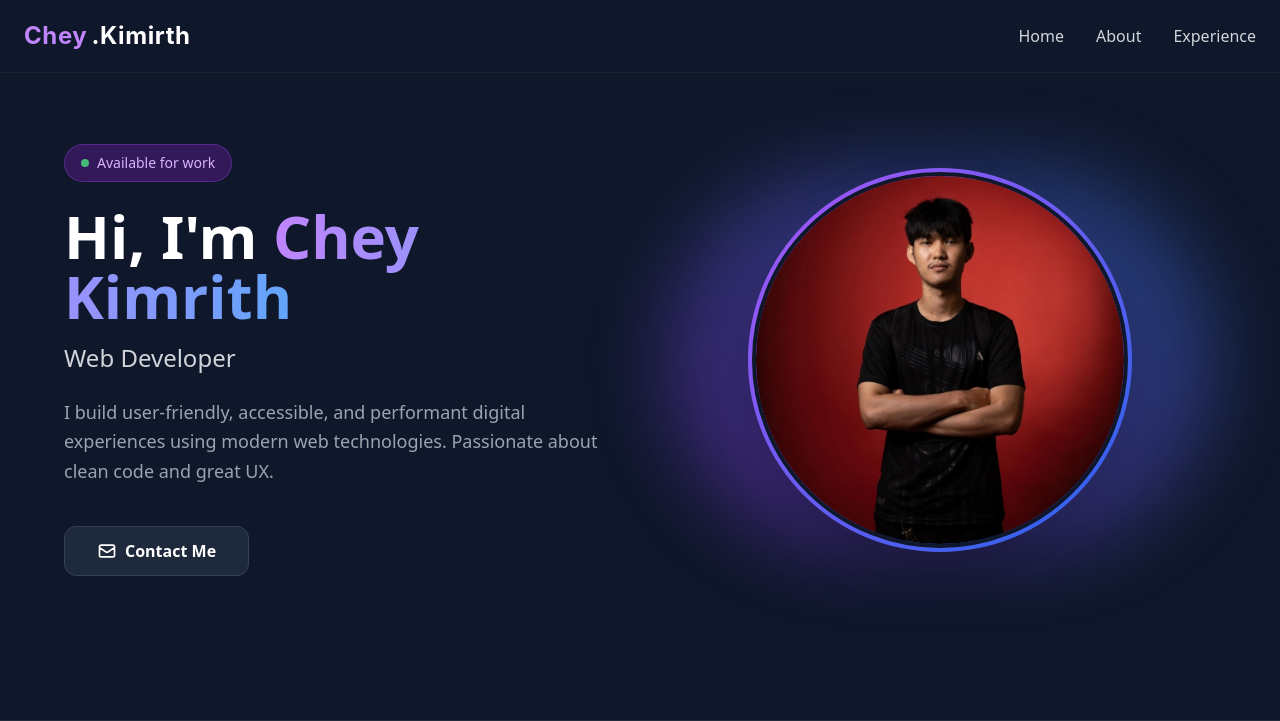
Repository: Kimrith/my-cv
Page: /
The author's editor kept a copy of each file at every save. The page is drawn from the files as they stood at one save, then again after the next save.
The browser window is 1280 px wide. The pictures show the part of the page from y = 0 to 721 px (the page is 4190 px tall).
Pictures or frames that could not be fetched are drawn as grey boxes. Some web libraries are served in a nearby version. The project was rebuilt for these pictures with package versions that can differ from the ones it lists, and the page was loaded fresh each time. Also part of the build but not shown: vite.config.js, src/Layout/footer.jsx.

Above is the page before, as saved 2026-03-10 01:43:55.

After the next save:
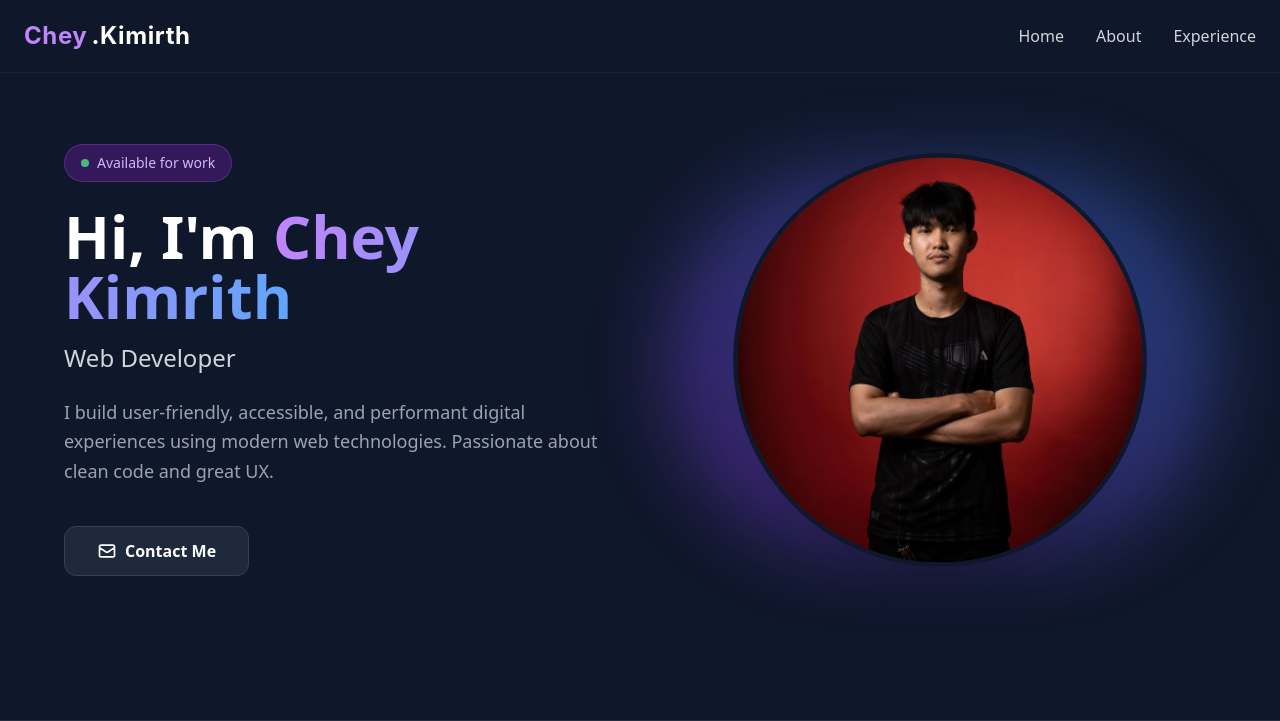
Saved 40 s later.
--- a/src/Navigation/home.jsx
+++ b/src/Navigation/home.jsx
@@ -69,7 +69,7 @@
             <img
               src={me}
               alt="Portrait of Chey Kimrith, Frontend Developer"
-              className="w-full h-full rounded-full object-cover border-4 border-slate-900 transition-transform duration-500 hover:scale-110"
+              className="w-full h-full rounded-full object-cover border-4 border-slate-900 transition-transform duration-500 scale-110"
               loading="lazy"
             />
           </div>

After the save that followed:
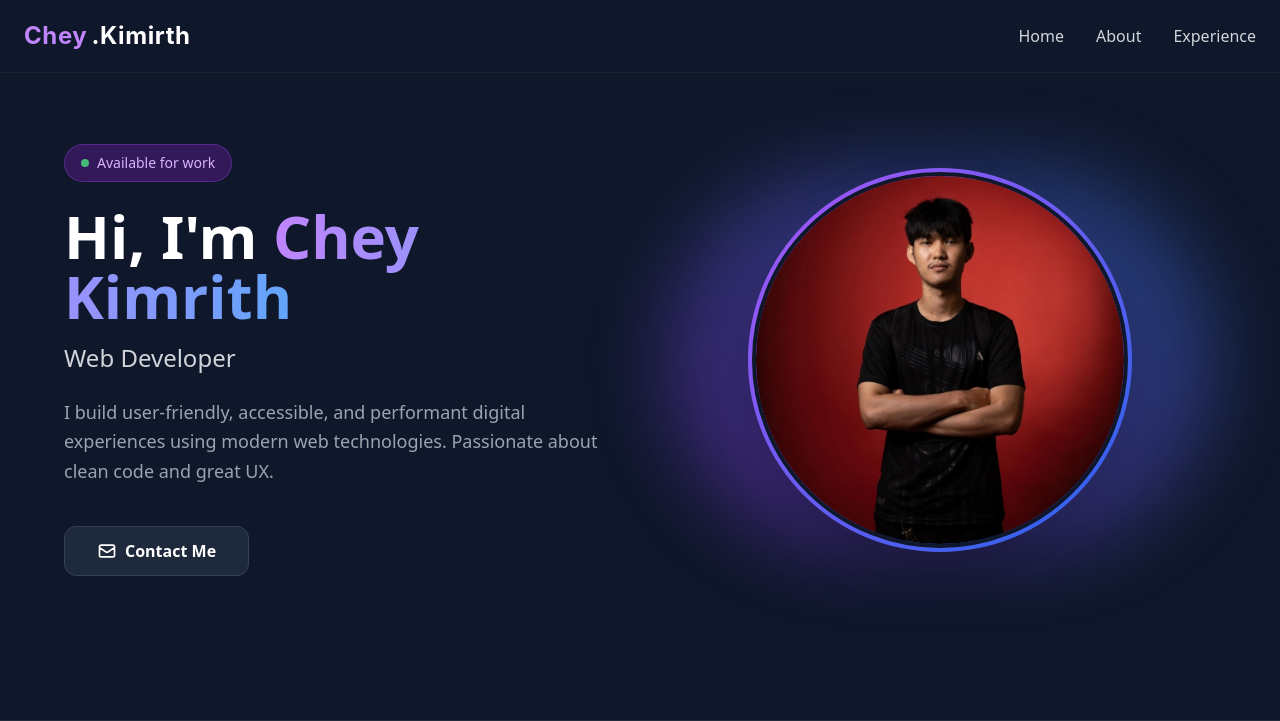
Saved 12 s later.
--- a/src/Navigation/home.jsx
+++ b/src/Navigation/home.jsx
@@ -68,8 +68,8 @@
           <div className="relative w-72 h-72 md:w-96 md:h-96 rounded-full p-1 bg-gradient-to-br from-purple-500 to-blue-600 shadow-2xl">
             <img
               src={me}
-              alt="Portrait of Chey Kimrith, Frontend Developer"
-              className="w-full h-full rounded-full object-cover border-4 border-slate-900 transition-transform duration-500 scale-110"
+              alt="Portrait of Chey Kimrith, Web Developer"
+              className="w-full h-full rounded-full object-cover border-4 border-slate-900 transition-transform duration-500 hover:scale-110"
               loading="lazy"
             />
           </div>
